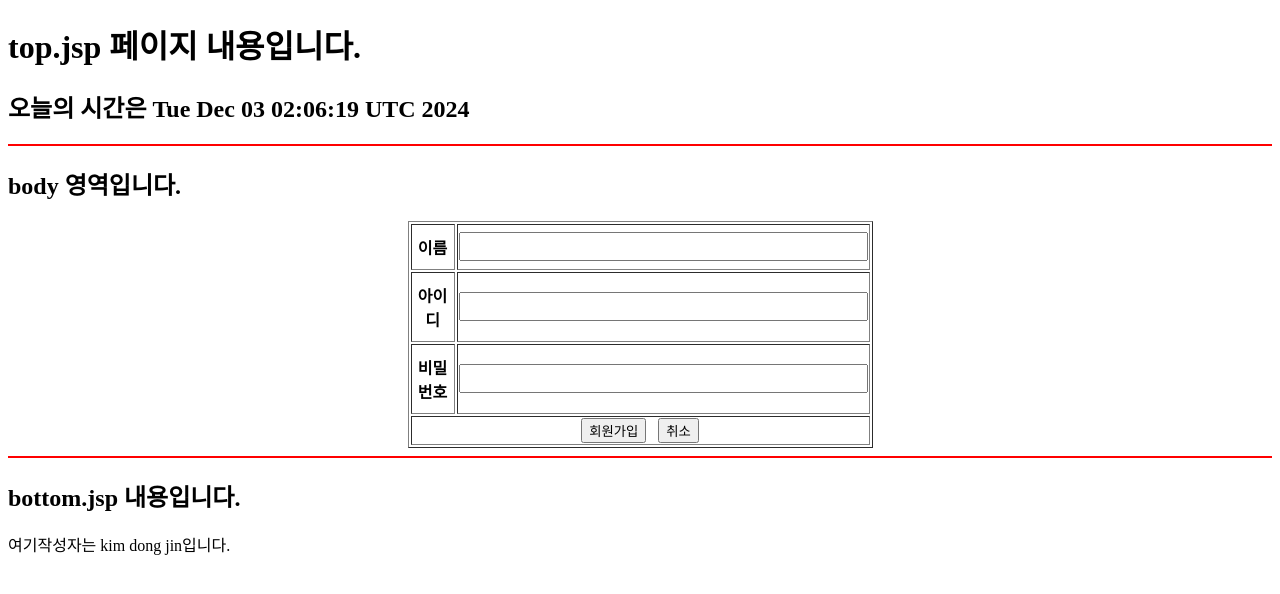
Repository: kdongjin/jspStudy
Page: http://localhost/jspStudy/directive/include_top_bottom.jsp
An editor plug-in stored every save of this project. The page is shown before and after the next save, followed by the edit.
The browser window is 1280 px wide. The pictures show the whole page.
The page is served by Tomcat 9. Nobody is signed in. The application's start-up code is not run.

Above is the page before, as saved 2024-12-06 07:13:08.

After the next save:
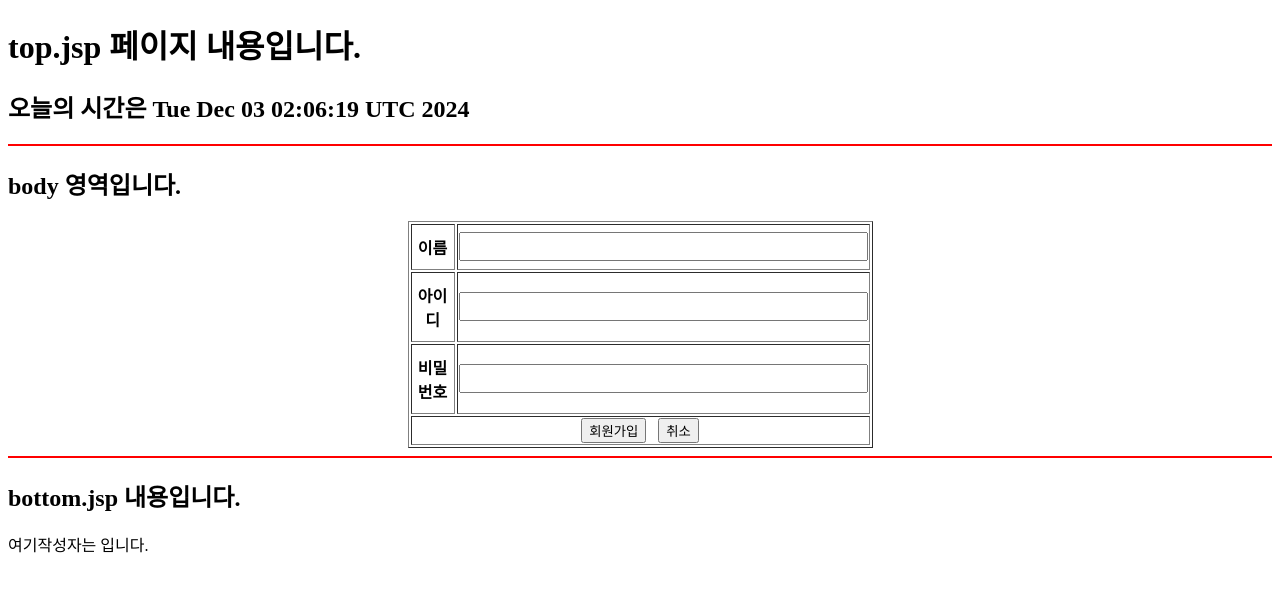
Saved 10 min 48 s later.
--- a/jspStudy/src/main/webapp/directive/bottom.jsp
+++ b/jspStudy/src/main/webapp/directive/bottom.jsp
@@ -3,6 +3,6 @@
 
 <hr color="red">
 <h2>bottom.jsp 내용입니다.</h2>
-<p>여기작성자는 <%= name %>입니다.</p>
+<p>여기작성자는 입니다.</p>
 </body>
 </html>
